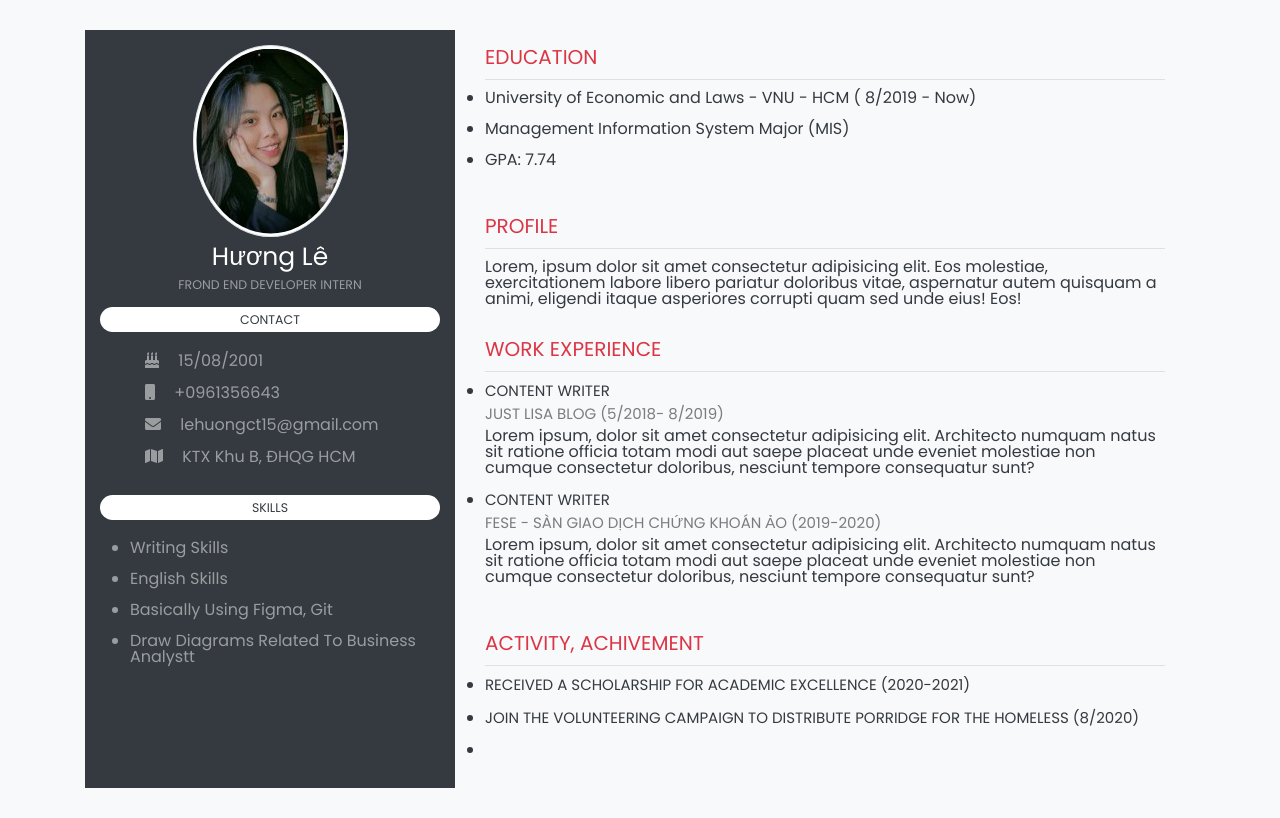
Repository: huongle158/cvhuongle
Page: index.html
The author's editor kept a copy of each file at every save. The page is drawn from the files as they stood at one save, then again after the next save.
The browser window is 1280 px wide. The pictures show the whole page.
Some web libraries are served in a nearby version.

Above is the page before, as saved 2021-12-13 00:28:36.

After the next save:
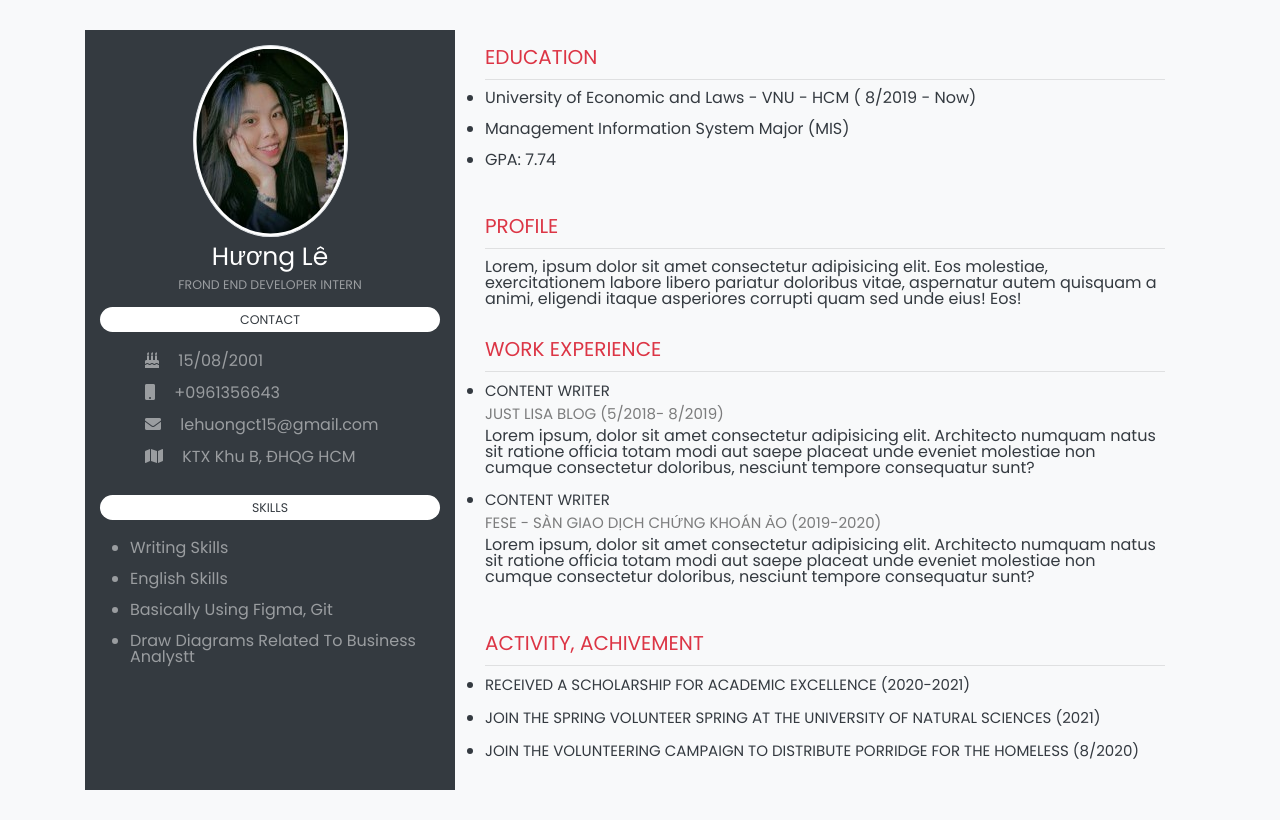
Saved 38 s later.
--- a/index.html
+++ b/index.html
@@ -122,10 +122,10 @@
                     <h4 class="display-6 text-uppercase">Received a scholarship for academic excellence (2020-2021)</h4>
                 </li>
                 <li class="list-item mb-4">
-                    <h4 class="display-6 text-uppercase">Join the volunteering campaign to distribute porridge for the homeless (8/2020)</h4>
+                    <h4 class="display-6 text-uppercase">Join the Spring Volunteer Spring at the University of Natural Sciences (2021)</h4>
                 </li>
                 <li class="list-item mb-4">
-                    <h4 class="display-6 text-uppercase"></h4>
+                    <h4 class="display-6 text-uppercase">Join the volunteering campaign to distribute porridge for the homeless (8/2020)</h4>
                 </li>
 
               </ul>
